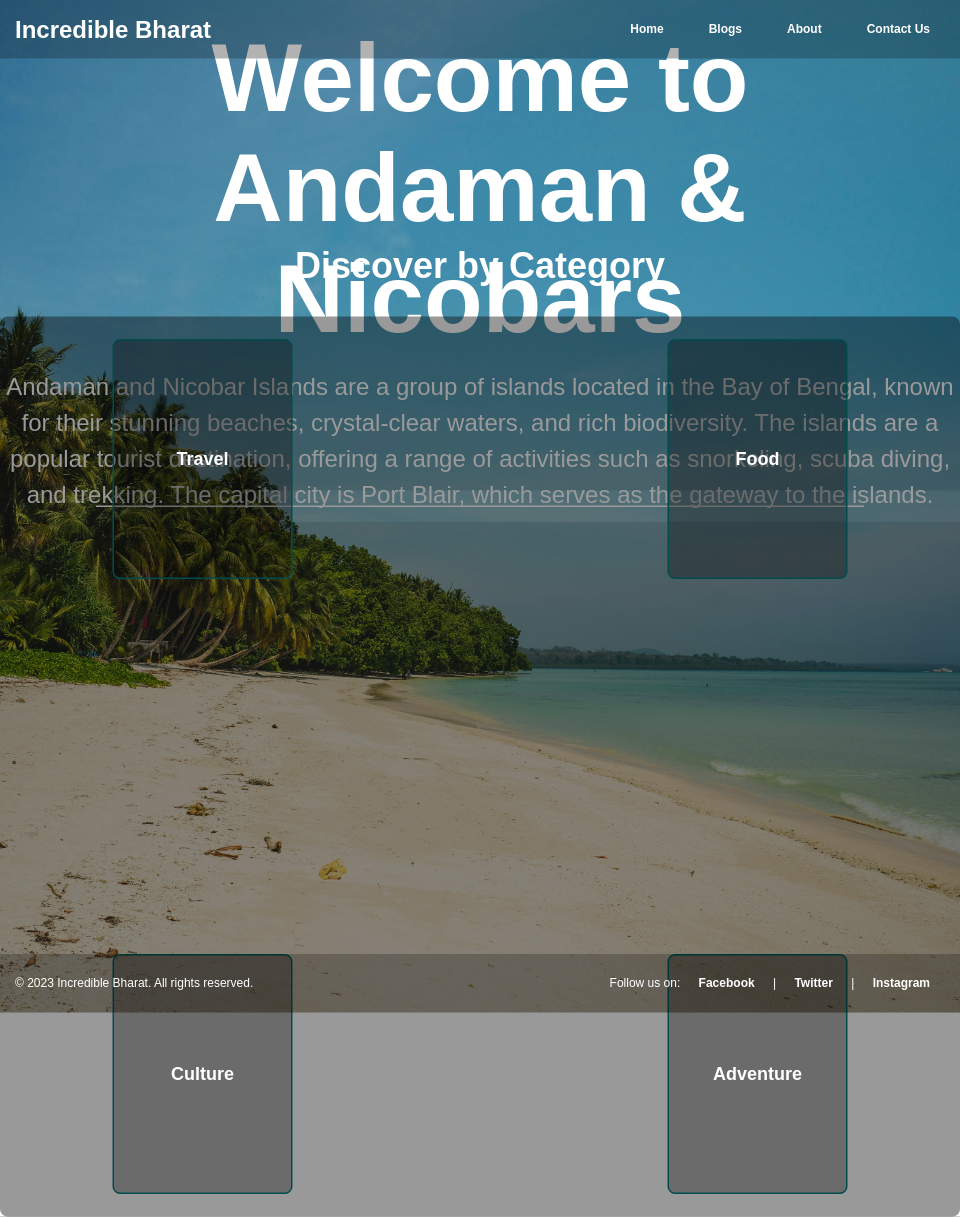
Repository: jaidhiman111/incrediblebharat
Page: destinations/Andaman&Nicobar.html
The author's editor kept a copy of each file at every save. The page is drawn from the files as they stood at one save, then again after the next save.
The browser window is 1280 px wide. The pictures show the whole page, at 75% of full size.

Above is the page before, as saved 2025-04-30 23:39:10.

### destinations/Andaman&Nicobar.html
<!DOCTYPE html>
<html lang="en">

<head>
    <meta charset="UTF-8">
    <link rel="stylesheet" href="/assets/style.css">
    <meta name="viewport" content="width=device-width, initial-scale=1.0">
    <title>Document</title>
</head>

<body class="andaman-nicobar">
    <!-- This is the header of the page. -->
    <header class="header">
        <div class="logo">
            <h1>Incredible Bharat</h1>
        </div>
        <div class="nav">
            <nav>
                <ul>
                    <li>
                        <a href="/index.html">Home</a>
                        <a href="#">Blogs</a>
                        <a href="#">About</a>
                        <a href="#">Contact Us</a>
                    </li>
                </ul>
            </nav>
        </div>
    </header>
    <!-- This is the main content of the page. -->
    <main class="main-container">
        <section class="hero-section">
            <h2>Welcome to Andaman & Nicobars</h2>
            <p>Andaman and Nicobar Islands are a group of islands located in the Bay of Bengal, known for their stunning
                beaches, crystal-clear waters, and rich biodiversity. The islands are a popular tourist destination,
                offering a range of activities such as snorkeling, scuba diving, and trekking. The capital city is Port
                Blair, which serves as the gateway to the islands.</p>
        </section>
        <hr>
        <section class="state-section">
            <h2>Discover by Category</h2>
            <div class="card-section">
                <div class="card" id="travel">Travel</div>
                <div class="card" id="food">Food</div>
                <div class="card" id="culture">Culture</div>
                <div class="card" id="adventure">Adventure</div>
            </div>
        </section>
    </main>
    <!-- This is the footer of the page. -->
    <footer class="footer">
        <div>
            <p>&copy; 2023 Incredible Bharat. All rights reserved.</p>
        </div>
        <div>
            <p>Follow us on:
                <a href="#">Facebook</a> |
                <a href="#">Twitter</a> |
                <a href="#">Instagram</a>
        </div>
    </footer>
</body>

</html>

### assets/style.css
* {
    box-sizing: border-box;
    margin: 0;
    padding: 0;
}

.home {
    font-family: Arial, sans-serif;
    background-image: url('/media/bg-cover.jpg');
    background-size: cover;
    background-repeat: no-repeat;
    background-position: center;
    color: #fff;
}

.andaman-nicobar {
    font-family: Arial, sans-serif;
    background-image: url('/media/andaman.jpg');
    background-size: cover;
    background-repeat: no-repeat;
    background-position: center;
    color: #fff;
}


/* This is for header */
.header {
    background-color: rgba(0, 0, 0, 0.3);
    display: flex;
    justify-content: space-between;
    align-items: center;
    padding: 20px;
    position: sticky;
    top: 0;
    text-align: center;
}

li {
    list-style: none;
    display: flex;
    gap: 20px;
}

li a {
    padding: 10px 20px;
    border-radius: 5px;
    text-decoration: none;
    color: #fff;
    font-weight: bold;
}

li a:hover {
    color: #fff;
    transform: scale(1.1);}

/* This is for section */
section{
    background-color: rgba(0, 0, 0, 0.1);
}

.hero-section {
    display: flex;
    flex-direction: column;    /* stack items vertically */
    justify-content: center;   /* center vertically */
    align-items: center;       /* center horizontally */
    height: 80vh;
    text-align: center;
}

.hero-section h2 {
    font-size: 8rem;
    margin-bottom: 20px;
}

.hero-section p{
    font-size: 2rem;
    margin-bottom: 20px;
    max-width: 100rem;         /* limit the width of the paragraph */
    line-height: 1.5;        /* improve readability */
}

.hero-section a {
    text-decoration: none;
    color: #fff;
    font-size: 1.5rem;
    margin-bottom: 20px;
}

.hero-section a:hover {
    color: #fff;
    text-decoration: underline;
    transform: scale(1.1);
    transition: transform 0.3s ease-in-out;
}

hr {
    width: 80%;
    margin: 20px auto;
    border: 1px solid #fff;
}

.state-section {
    display: flex;
    flex-direction: column;    /* stack items vertically */
    justify-content: center;
    align-items: center;
    height: 80vh;
    text-align: center;
}

.state-section h2 {
    font-size: 3rem;
    margin-bottom: 20px;
}

.state-button {
    padding: 30px;
    max-width: 100rem;
    margin: 0 auto;
  }

  .state-button button {
    background-color: rgba(0, 0, 0, 0.4);  /* Soft blue */
    border: none;
    border-radius: 8px;
    margin: 10px ;
    padding: 12px 20px;
    cursor: pointer;
    transition: background-color 0.3s ease;
    font-size: 16px;
    font-weight: 500;
  }

  .state-button button a {
    color: #ffffff;
    text-decoration: none;
    display: block;
    width: 100%;
    height: 100%;
  }

  .state-button button:hover {
    background-color: rgba(0, 0, 0, 0.7); /* Darker blue on hover */
    transform: scale(1.1); /* Slightly enlarge the button on hover */
    transition: transform 0.3s ease-in-out;
  }

  .card-section {
    display: flex;
    flex-wrap: wrap; /* Makes it responsive */
    justify-content: center;
    gap: 500px;
    background-color: rgba(0, 0, 0, 0.4);
    padding: 30px 20px;
    margin: 20px auto;
    max-width: 100%;
    border-radius: 10px;
}

.card {
    background-color: rgba(0, 0, 0, 0.3);
    color: #fff;
    border: 2px solid #014d4e;
    border-radius: 10px;
    width: 15rem;
    height: 20rem;
    display: flex;
    align-items: center;
    justify-content: center;
    font-size: 1.5rem;
    font-weight: bold;
    cursor: pointer;
    transition: transform 0.3s ease, background-color 0.3s ease;
}

.card:hover {
    background-color: #019494;
    color: #ffffff;
    transform: scale(1.05);
}


  /* This is for footer */

.footer {
    background-color: rgba(0, 0, 0, 0.3);
    display: flex;
    justify-content: space-between;
    align-items: center;
    padding: 20px;
    position: relative;
    bottom: 0;
    text-align: center;
}

.footer li {
    list-style: none;
    display: flex;
    gap: 20px;
}

.footer a {
    display: inline-block;
    padding: 10px 20px;
    border-radius: 5px;
    text-decoration: none;
    color: #fff;
    font-weight: bold;
}
.footer a:hover {
    color: #fff;
    transform: scale(1.1);

}

/* This is for media queries */
/* --- Andaman & Nicobar Page Enhancements --- */

After the next save:
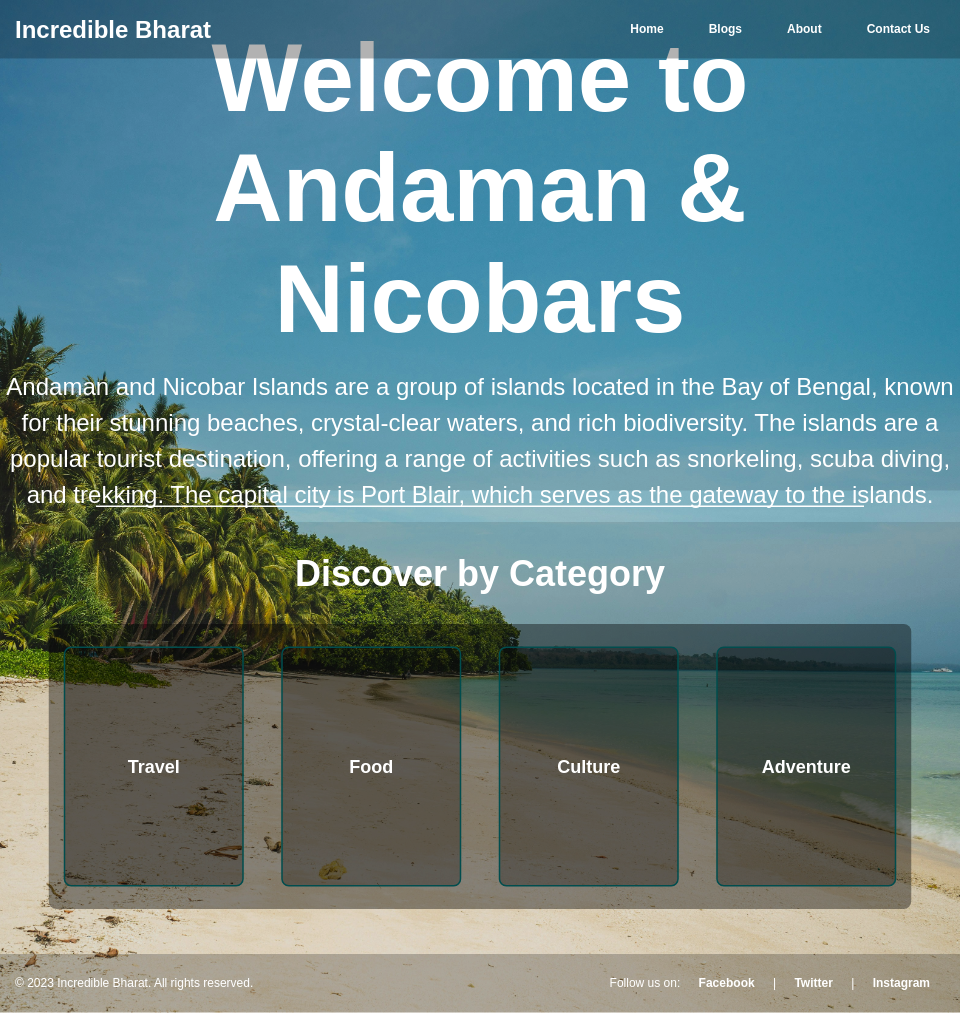
Saved 5 s later.
--- a/assets/style.css
+++ b/assets/style.css
@@ -149,7 +149,7 @@ hr {
     display: flex;
     flex-wrap: wrap; /* Makes it responsive */
     justify-content: center;
-    gap: 500px;
+    gap: 50px;
     background-color: rgba(0, 0, 0, 0.4);
     padding: 30px 20px;
     margin: 20px auto;
